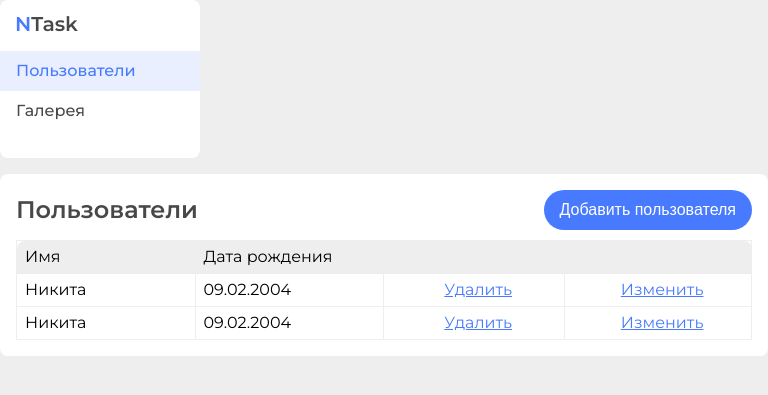
Repository: Grid-Master/NTask
Page: /
These files come from the project's save history. The page is drawn as it stood at one moment and after the next save; the edit follows.
The browser window is 768 px wide. The pictures show the whole page.
The project was rebuilt for these pictures with package versions that can differ from the ones it lists, and the page was loaded fresh each time.

Above is the page before, as saved 2023-06-05 11:38:59.

### public/index.html
<!DOCTYPE html>
<html lang="en">
  <head>
    <meta charset="utf-8" />
    <link rel="icon" href="%PUBLIC_URL%/favicon.ico" />
    <meta name="viewport" content="width=device-width, initial-scale=1" />
    <meta name="theme-color" content="#000000" />
    <meta name="description" content="Web site created using create-react-app" />
    <link rel="apple-touch-icon" href="%PUBLIC_URL%/logo192.png" />
    <link rel="preconnect" href="https://fonts.googleapis.com" />
    <link rel="preconnect" href="https://fonts.gstatic.com" crossorigin />
    <link
      href="https://fonts.googleapis.com/css2?family=Montserrat:wght@300;400;500;600;700&display=swap"
      rel="stylesheet" />
    <link rel="manifest" href="%PUBLIC_URL%/manifest.json" />
    <title>React App</title>
  </head>
  <body>
    <noscript>You need to enable JavaScript to run this app.</noscript>
    <div id="root"></div>
  </body>
</html>

### src/index.css
html, body, div, span, applet, object, iframe,
h1, h2, h3, h4, h5, h6, p, blockquote, pre,
a, abbr, acronym, address, big, cite, code,
del, dfn, em, img, ins, kbd, q, s, samp,
small, strike, strong, sub, sup, tt, var,
b, u, i, center,
dl, dt, dd, ol, ul, li,
fieldset, form, label, legend,
table, caption, tbody, tfoot, thead, tr, th, td,
article, aside, canvas, details, embed,
figure, figcaption, footer, header, hgroup,
menu, nav, output, ruby, section, summary,
time, mark, audio, video {
	margin: 0;
	padding: 0;
	border: 0;
	font-size: 100%;
	font: inherit;
	vertical-align: baseline;
}
/* HTML5 display-role reset for older browsers */
article, aside, details, figcaption, figure,
footer, header, hgroup, menu, nav, section {
	display: block;
}
body {
	line-height: 1;
}
ol, ul {
	list-style: none;
}
blockquote, q {
	quotes: none;
}
blockquote:before, blockquote:after,
q:before, q:after {
	content: '';
	content: none;
}
table {
	border-collapse: collapse;
}
body {
  margin: 0;
  font-family: Montserrat;
  background: #EEEEEE;

}

code {
  font-family: source-code-pro, Menlo, Monaco, Consolas, 'Courier New',
    monospace;
}

### src/App.tsx
import './App.css';
import Navbar from './components/navabar/Navbar';
import UserList from './components/userList/UserList';

function App() {
  return (
    <div className="App">
      <Navbar />
      <UserList />
    </div>
  );
}

export default App;

### src/App.css
.App {
  display: flex;
  align-items:start;
  gap: 16px;
  max-width: 1200px;
  margin: 0 auto;
}

@media screen and (max-width: 1200px) {
  .App {
    flex-direction: column;
    max-width: 1000px;
  }
}

### src/components/navabar/Navbar.tsx
import { FC } from 'react';
import './navbar.sass';
const logo = require('../../images/logo.png');

const Navbar: FC = () => {
  return (
    <div className="navbar">
      <div className="navbar__imagecontainer">
        <img src={logo} alt="logo" />
      </div>
      <div className="navbar__item navbar__active">Пользователи</div>
      <div className="navbar__item">Галерея</div>
    </div>
  );
};

export default Navbar;

### src/components/userList/UserList.tsx
import React, { FC } from 'react';
import './userList.sass';

const UserList: FC = () => {
  return (
    <div className="userList">
      <div>
        <h1 className="userList__title">Пользователи</h1>
        <button className="userList__addUserBtn">Добавить пользователя</button>
      </div>
      <table className="userList__table">
        <tr className="userList__table-info">
          <td>Имя</td>
          <td>Дата рождения</td>
          <td></td>
          <td></td>
        </tr>
        <tr>
          <td>Никита</td>
          <td>09.02.2004</td>
          <td className="userList__table-btn">Удалить</td>
          <td className="userList__table-btn">Изменить</td>
        </tr>
        <tr>
          <td>Никита</td>
          <td>09.02.2004</td>
          <td className="userList__table-btn">Удалить</td>
          <td className="userList__table-btn">Изменить</td>
        </tr>
      </table>
    </div>
  );
};

export default UserList;

### src/components/navabar/navbar.sass
.navbar
    width: 200px
    height: 158px
    background: #FFFFFF
    border-radius: 8px
    &__imagecontainer
        padding: 16px 0
        margin-left: 16px
    &__item
        padding: 8px 16px
        cursor: pointer
        font-weight: 500
        font-size: 16px
        line-height: 150%
        color: #484848
    &__active
        background: #E9EFFF
        color: #477AFF

### src/components/userList/userList.sass
.userList
    // width: 100%
    background: #FFFFFF
    border-radius: 8px
    padding: 16px
    >div
        display: flex
        align-items: center
        justify-content: space-between
    &__title
        font-weight: 600
        font-size: 24px
        line-height: 150%
        color: #484848
    &__addUserBtn
        font-weight: 500
        font-size: 16px
        line-height: 100%
        color: #FFFFFF
        background: #477AFF
        border-radius: 20px
        padding: 12px 16px
        border: none
        outline: none
        cursor: pointer
        transition: .3s
        &:hover
            opacity: .8
    &__table
        margin-top: 10px
        // width: 952px
        td
            border: 1px solid #EEEEEE
            width: 238px
            text-align: start
            padding: 8px 0
            padding-left: 8px
        &-btn
            cursor: pointer
            text-decoration-line: underline
            color: #477AFF
            transition: .2s
            text-align: center !important
            &:hover
                opacity: .8
        tr:first-child td:first-child
            border-radius: 8px 0 0 0
        tr:first-child td:last-child
            border-radius: 0 8px 0 0
        tr:last-child td:first-child
            border-radius: 0 0 8px 0
        tr:last-child td:last-child
            border-radius: 0 0 0 8px //??
        &-info
            background-color: #EEEEEE
            border-radius: 8px !important

@media screen and (max-width: 1200px)
    .userList
        width: calc( 100% - 32px )

Loaded but not shown: src/index.tsx (common file)

After the next save:
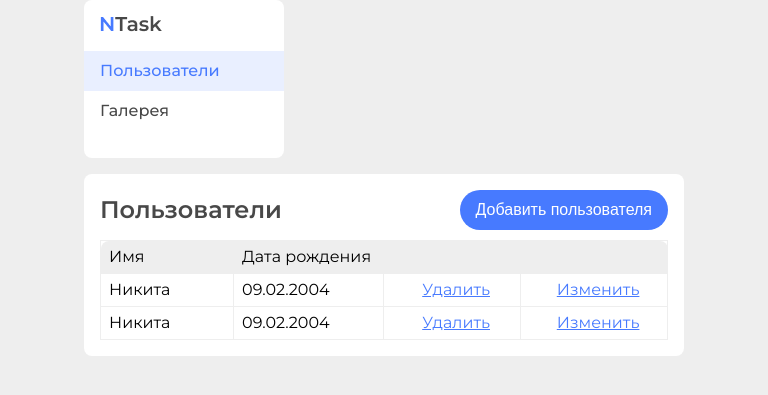
Saved 89 s later.
--- a/src/App.css
+++ b/src/App.css
@@ -12,3 +12,9 @@
     max-width: 1000px;
   }
 }
+@media screen and (max-width: 1000px) {
+  .App {
+    flex-direction: column;
+    max-width: 600px;
+  }
+}
